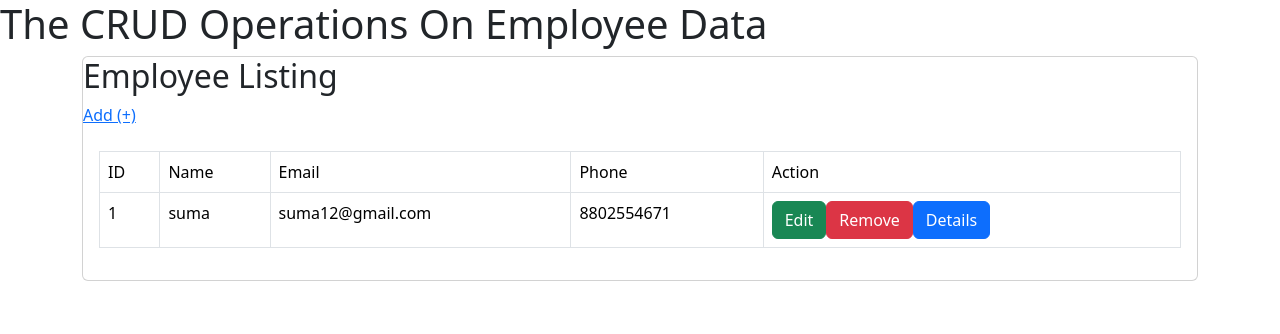
Repository: suraj-yadav7/CRUD_Emp_Data
Page: /
An editor plug-in stored every save of this project. The page is shown before and after the next save, followed by the edit.
The browser window is 1280 px wide. The pictures show the whole page.
The project was rebuilt for these pictures with package versions that can differ from the ones it lists, and the page was loaded fresh each time. Requests to the local data server were answered from the project's data file. Also part of the build but not shown: src/App.css, src/components/EmpCreate.jsx, src/components/EmpDetails.jsx, src/components/EmpEdit.jsx.

Above is the page before, as saved 2023-06-11 12:14:19.

### src/index.js
import React from 'react';
import ReactDOM from 'react-dom/client';
import './index.css';
import App from './App';
import "../node_modules/bootstrap/dist/css/bootstrap.min.css"

const root = ReactDOM.createRoot(document.getElementById('root'));
root.render(
  <React.StrictMode>
    <App />
  </React.StrictMode>
);

### src/App.js
import './App.css';
import EmpCreate from './components/EmpCreate';
import EmpDetails from './components/EmpDetails';
import EmpEdit from './components/EmpEdit';
import Employee from './components/Employee';
import { BrowserRouter as Router, Routes, Route } from 'react-router-dom';
function App() {
  return (
    <>
    <h1>The CRUD Operations On Employee Data</h1>
    <Router>

    <Routes>
      <Route exact path='/'  element={ <Employee />} />
      <Route exact path='/employee/create/'  element={<EmpCreate/>} />
      <Route exact path='/employee/edit/id'  element={<EmpEdit/>} />
      <Route exact path='/employee/details/id'  element={<EmpDetails/>} />
      <Route exact path='/*'  element={<h1>Page Not Found</h1>} />
    </Routes>
    </Router>

    </>
  );
}

export default App;

### src/components/Employee.jsx
import React, { useEffect, useState } from 'react'
import { Link } from 'react-router-dom'

const Employee = () => {
    const [empData, setEmpData] = useState()
    useEffect(()=>{
            fetch("http://localhost:8000/employee").then((respoonse)=> respoonse.json()).then((data)=>
            { console.log(data)
             setEmpData(data)}).catch((error)=>console.log("the error while fetching emp-data", error))
    },[])
    console.log("usestate", empData)
  return (
    <>
      <div className='container'>
        <div className='card'>
            <div className='card-title'>
                <h2>Employee Listing</h2>
        <div ><Link>Add (+)</Link></div>
            </div>
            <div className='card-body'>
                <table className='table table-bordered'>
                    <thead className='bg-dark text-white'>
                        <tr>
                            <td>ID</td>
                            <td>Name</td>
                            <td>Email</td>
                            <td>Phone</td>
                            <td>Action</td>
                        </tr>
                    </thead>
                        <tbody>
                                {
                                    empData && empData.map((elem)=>(
                                        <tr key = {elem.id}>
                                        <td>{elem.id} </td>
                                        <td>{elem.name} </td>
                                        <td>{elem.email} </td>
                                        <td>{elem.phone} </td>
                                        <td>
                                            <a className='btn btn-success'>Edit</a>
                                            <a className='btn btn-danger'>Remove</a>
                                            <a className='btn btn-primary'>Details</a>
                                             </td>
                                        </tr>
                                    ))

                                }

                            </tbody>
                </table>

            </div>
        </div>
      </div>
    </>
  )
}

export default Employee

### db.json
{
  "employee": [
    {
      "id": 1,
      "name": "suma",
      "email": "suma12@gmail.com",
      "phone": "8802554671",
      "action": "online"
    }
  ]
}

Loaded but not shown: public/index.html (common file); src/index.css (common file)

After the next save:
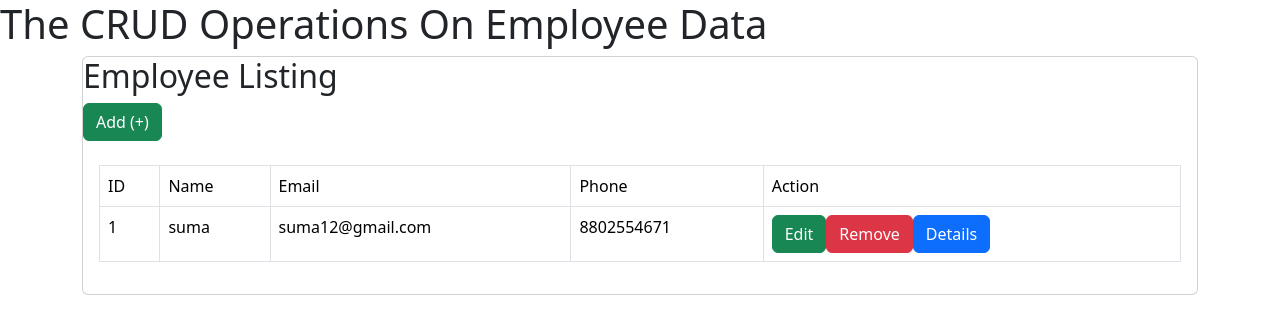
Saved 15 s later.
--- a/src/components/Employee.jsx
+++ b/src/components/Employee.jsx
@@ -15,7 +15,7 @@ const Employee = () => {
         <div className='card'>
             <div className='card-title'>
                 <h2>Employee Listing</h2>
-        <div ><Link>Add (+)</Link></div>
+        <div ><Link className='btn btn-success'>Add (+)</Link></div>
             </div>
             <div className='card-body'>
                 <table className='table table-bordered'>
